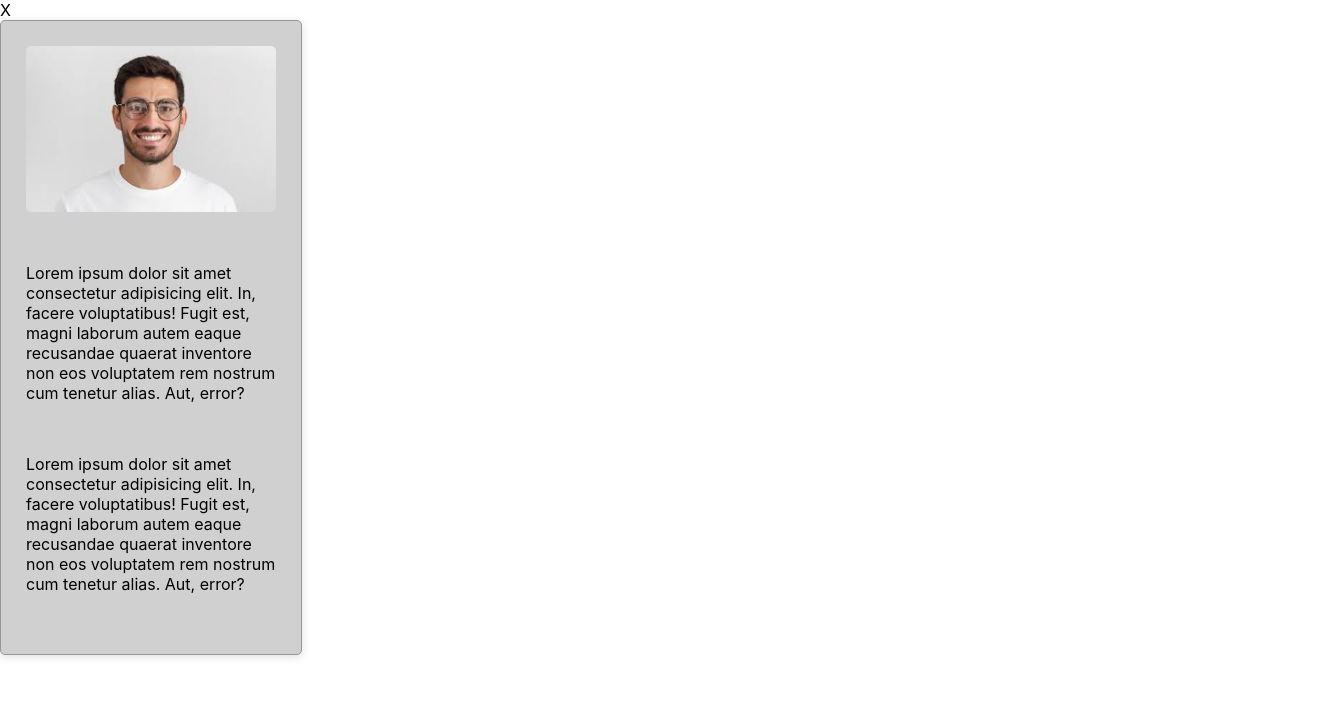
Repository: mikelnorth/team-profile-demo
Page: /
The author's editor kept a copy of each file at every save. The page is drawn from the files as they stood at one save, then again after the next save.
The browser window is 1280 px wide. The page is 1280 px wide, then 1330 px, then 1280 px, so the pictures cover 1330 px, including what lies to the right of the window. The pictures show the whole page.
The project was rebuilt for these pictures with package versions that can differ from the ones it lists, and the page was loaded fresh each time.

Above is the page before, as saved 2022-05-19 18:45:07.

### src/App.js
import './App.css';
import Card from './components/Card';

function App() {
  return (
    <div className="App">
      <nav className="nav">X</nav>

      <main>
        <Card/>
      </main>

    </div>
  );
}

export default App;

### src/App.css
nav {
  display: flex;
  flex-direction: flex-end;
  width: 100%;
}

### src/components/Card.js
import headshot from "../assets/images/stock-head.jpeg";
import './Card.scss';

export default function Card() {
  return (
    <section className="card">
      <img src={headshot} alt="headshot" />
      <p>
        Lorem ipsum dolor sit amet consectetur adipisicing elit. In, facere
        voluptatibus! Fugit est, magni laborum autem eaque recusandae quaerat
        inventore non eos voluptatem rem nostrum cum tenetur alias. Aut, error?
      </p>
      <p>
        Lorem ipsum dolor sit amet consectetur adipisicing elit. In, facere
        voluptatibus! Fugit est, magni laborum autem eaque recusandae quaerat
        inventore non eos voluptatem rem nostrum cum tenetur alias. Aut, error?
      </p>
    </section>
  );
}

### src/components/Card.scss
.card {
  display: flex;
  flex-direction: column;
  width: 250px;
  padding: 25px;
  background-color: #d0d0d0;
  border: 1px solid #969696;
  border-radius: 5px;
  box-shadow: rgba(99, 99, 99, 0.2) 0px 2px 8px 0px;

  img {
    border-radius: 5px;
  }

  p, img {
    margin-bottom: 35px;
  }
}

Loaded but not shown: public/index.html (common file); src/index.js (common file); src/index.css (common file); src/reportWebVitals.js (common file)

After the next save:
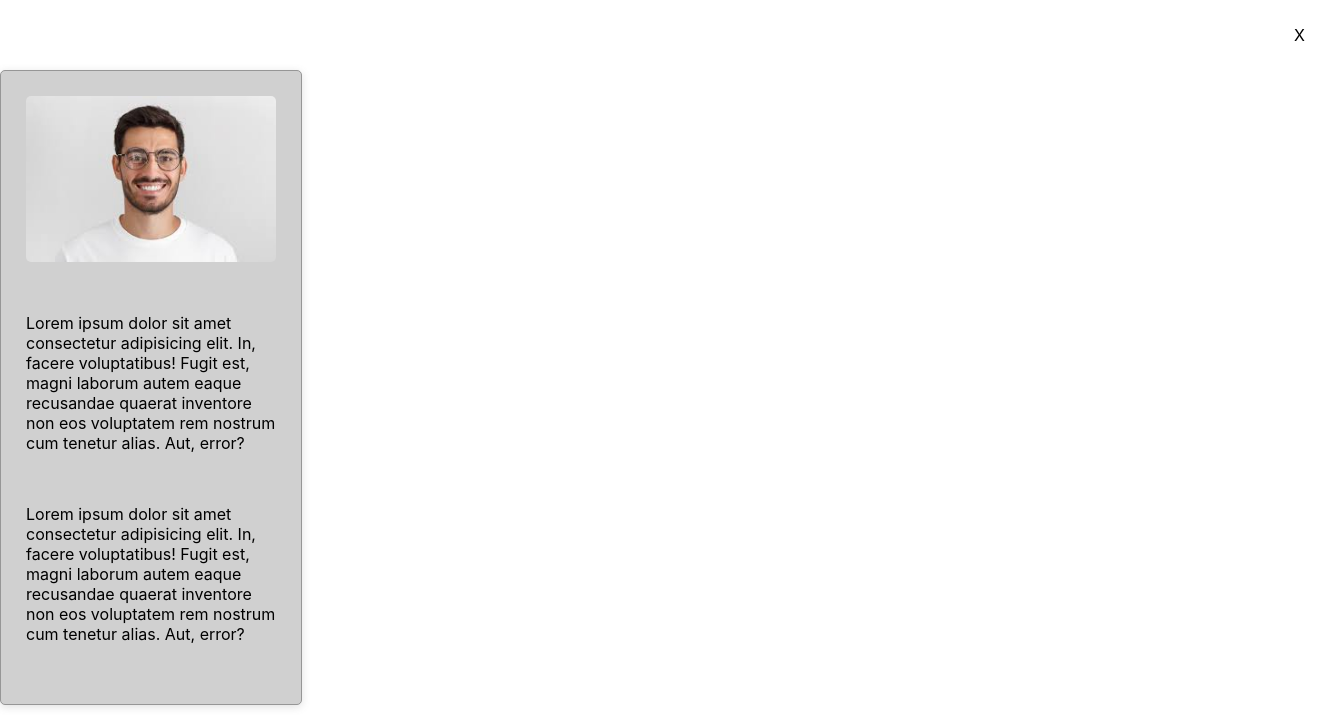
Saved 114 s later.
--- a/src/App.css
+++ b/src/App.css
@@ -1,5 +1,6 @@
 nav {
-  display: flex;
-  flex-direction: flex-end;
-  width: 100%;
+    display: flex;
+    justify-content: flex-end;
+    padding: 25px;
+    width: 100%;
 }

After the save that followed:
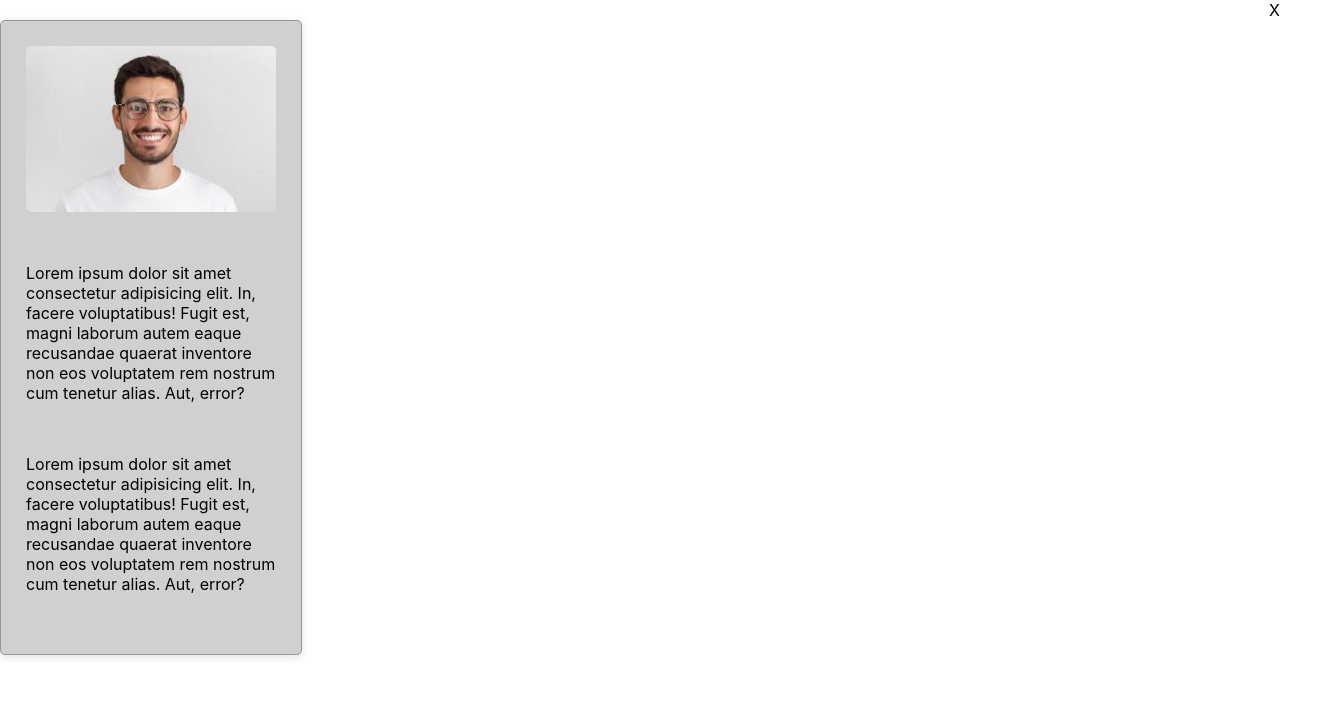
Saved 5 s later.
--- a/src/App.css
+++ b/src/App.css
@@ -1,6 +1,5 @@
 nav {
     display: flex;
     justify-content: flex-end;
-    padding: 25px;
     width: 100%;
 }
